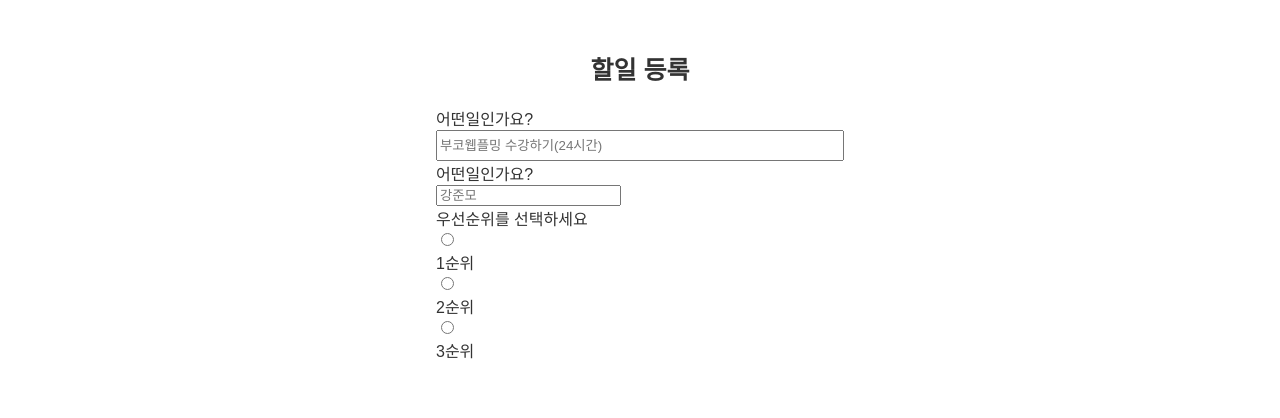
Repository: JmKanmo/BoostCourse_WebProgramming
Page: http://localhost/Todo/TodoFormServlet
The author's editor kept a copy of each file at every save. The page is drawn from the files as they stood at one save, then again after the next save.
The browser window is 1280 px wide. The pictures show the whole page.
The page is served by Tomcat 9. Other server files are loaded and not shown.

Above is the page before, as saved 2020-01-20 23:17:34.

### Todo/src/main/webapp/todoForm.jsp
<%@ page language="java" contentType="text/html; charset=UTF-8"
	pageEncoding="UTF-8"%>
<!DOCTYPE html>
<html>
<head>
<meta charset="UTF-8">
<title>Insert title here</title>
<link rel="stylesheet" href="./css/todoForm.css">
</head>

<body>
	<div class="wrap">
		<form action="">
			<h1 class="title">할일 등록</h1>

			<div class="work_box">
				<label for="work">어떤일인가요?</label> <input type="text" id="work"
					class="workInput" placeholder="부코웹플밍 수강하기(24시간)" required />
			</div>

			<div class="who_box">
				<label for="who">어떤일인가요?</label> <input type="text" id="who"
					class="whoInput" placeholder="강준모" required />
			</div>

			<div class="priority_box clear_fix">
				<label for="priority_1th">우선순위를 선택하세요</label>

				<div class="priority clear_fix">
					<input type="radio" id="priority_1th" name="priority" value="1th">
					<label for="priority_1th">1순위</label>
				</div>

				<div class="priority clear_fix">
					<input type="radio" id="priority_2th" name="priority" value="2th">
					<label for="priority_2th">2순위</label>
				</div>

				<div class="priority clear_fix">
					<input type="radio" id="priority_3th" name="priority" value="3th">
					<label for="priority_3th">3순위</label>
				</div>
			</div>
		</form>
	</div>
</body>
</html>

### Todo/src/main/java/Todo/TodoFormServlet.java
package Todo;

import java.io.IOException;

import javax.servlet.RequestDispatcher;
import javax.servlet.ServletException;
import javax.servlet.annotation.WebServlet;
import javax.servlet.http.HttpServlet;
import javax.servlet.http.HttpServletRequest;
import javax.servlet.http.HttpServletResponse;

/**
 * Servlet implementation class TodoFormServlet
 */
@WebServlet("/TodoFormServlet")
public class TodoFormServlet extends HttpServlet {
	private static final long serialVersionUID = 1L;

	/**
	 * @see HttpServlet#HttpServlet()
	 */
	public TodoFormServlet() {
		super();
		// TODO Auto-generated constructor stub
	}

	/**
	 * @see HttpServlet#doGet(HttpServletRequest request, HttpServletResponse
	 *      response)
	 */
	protected void doGet(HttpServletRequest request, HttpServletResponse response)
			throws ServletException, IOException {
		// TODO Auto-generated method stub
		RequestDispatcher requestDispatcher = getServletContext().getRequestDispatcher("/todoForm.jsp");
		requestDispatcher.forward(request, response);
	}

}

### Todo/src/main/webapp/css/todoForm.css
@charset "utf-8";

/* 초기화 */
html, body, h1, h2, h3, ul, ol, p, a, dl, dt, dd, figure {
	margin: 0;
	padding: 0;
	font-family: '나눔 고딕', NanumGothic, '돋움', Dotum, sans-serif;
	list-style: none;
	font-weight: normal;
	text-decoration: none;
	outline: none;
	color: #333;
}

.clear_fix::after {
	display: block;
	content: "";
	clear: both;
}

.blind {
	position: absolute;
	clip: rect(0, 0, 0, 0);
	width: 1px;
	height: 1px;
	margin: -1px;
	overflow: hidden;
}

.wrap {
	width: max-content;
	margin: 50px auto;
}

.wrap .title {
	font-size: 25px; text-align : center;
	font-weight: bold;
	text-align: center;
}

.wrap .work_box {
	margin-top: 20px;
}

.work_box input {
	width: 400px;
	height: 25px;
}

.wrap label {
	display: block;
}

After the next save:
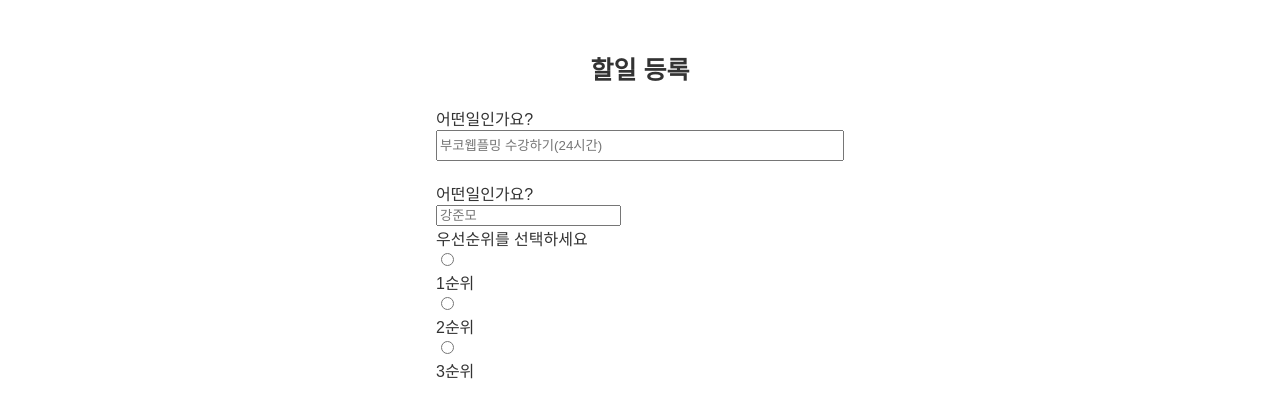
Saved 14 min 2 s later.
--- a/Todo/src/main/webapp/css/todoForm.css
+++ b/Todo/src/main/webapp/css/todoForm.css
@@ -33,12 +33,13 @@ html, body, h1, h2, h3, ul, ol, p, a, dl, dt, dd, figure {
 }
 
 .wrap .title {
-	font-size: 25px; text-align : center;
+	font-size: 25px;
+	text-align: center;
 	font-weight: bold;
 	text-align: center;
 }
 
-.wrap .work_box {
+.wrap .work_box, .wrap .who_box {
 	margin-top: 20px;
 }
 
